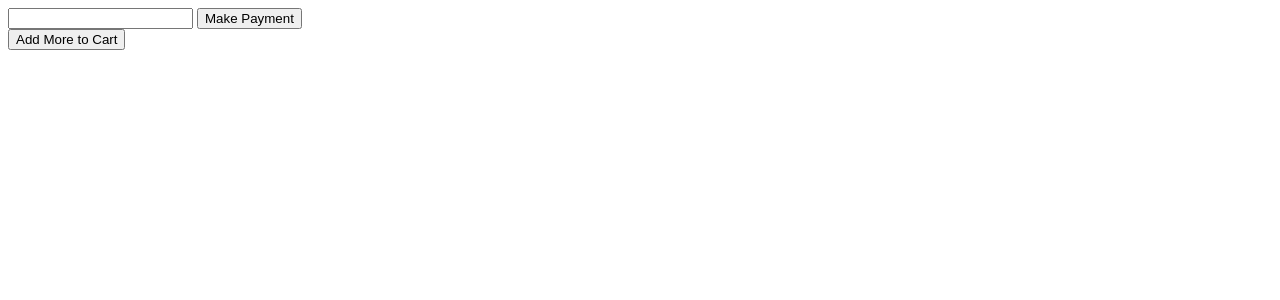
Repository: devgpta19/CDAC-Assignments
Page: http://localhost/ProductsAndUsersUsingJSPAndServlet/showProduct.jsp
The author's editor kept a copy of each file at every save. The page is drawn from the files as they stood at one save, then again after the next save.
The browser window is 1280 px wide. The pictures show the whole page.
The page is served by Tomcat 9. Other server files are loaded and not shown.

Above is the page before, as saved 2025-11-27 13:16:27.

### Adv.Java/Day6-8/ProductsAndUsersUsingJSPAndServlet/src/main/webapp/showProduct.jsp
<%@ page language="java" contentType="text/html; charset=ISO-8859-1"
	pageEncoding="ISO-8859-1"%>
<%@taglib prefix="c" uri="http://java.sun.com/jsp/jstl/core"%>

<!DOCTYPE html>
<html>
<head>
<meta charset="ISO-8859-1">
<title>Insert title here</title>
</head>
<body>
	<form action="addtocart">

		<c:forEach var="set" items="${ResultSet}">
			<div>
				<h3>Product ID : &nbsp; ${set.pid}</h3>
				<h3>Product Name : &nbsp; ${set.pname}</h3>
				<h3>Product Price : &nbsp; ${set.price}</h3>
				<h3>
					Product Quantity <input type="text" name="qty" id="qty" />
				</h3>
				<h3>Amount</h3>
			</div>
		</c:forEach>

		<input  />

		<button type="submit" name="btn" id="btn">Make Payment</button>
	</form>

	<form action="Category">
		<button type="submit" name="btn" id="btn">Add More to Cart</button>
	</form>
</body>
</html>

After the next save:
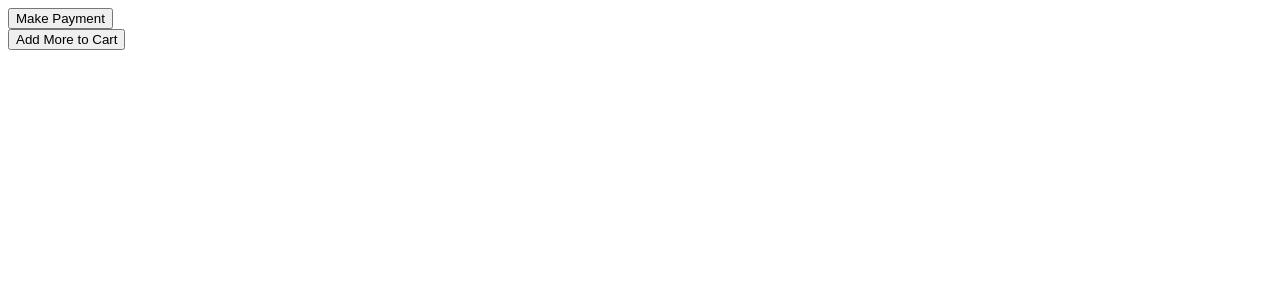
Saved 7 s later.
--- a/Adv.Java/Day6-8/ProductsAndUsersUsingJSPAndServlet/src/main/webapp/showProduct.jsp
+++ b/Adv.Java/Day6-8/ProductsAndUsersUsingJSPAndServlet/src/main/webapp/showProduct.jsp
@@ -23,7 +23,7 @@
 			</div>
 		</c:forEach>
 
-		<input  />
+		<input type="hidden" n />
 
 		<button type="submit" name="btn" id="btn">Make Payment</button>
 	</form>
